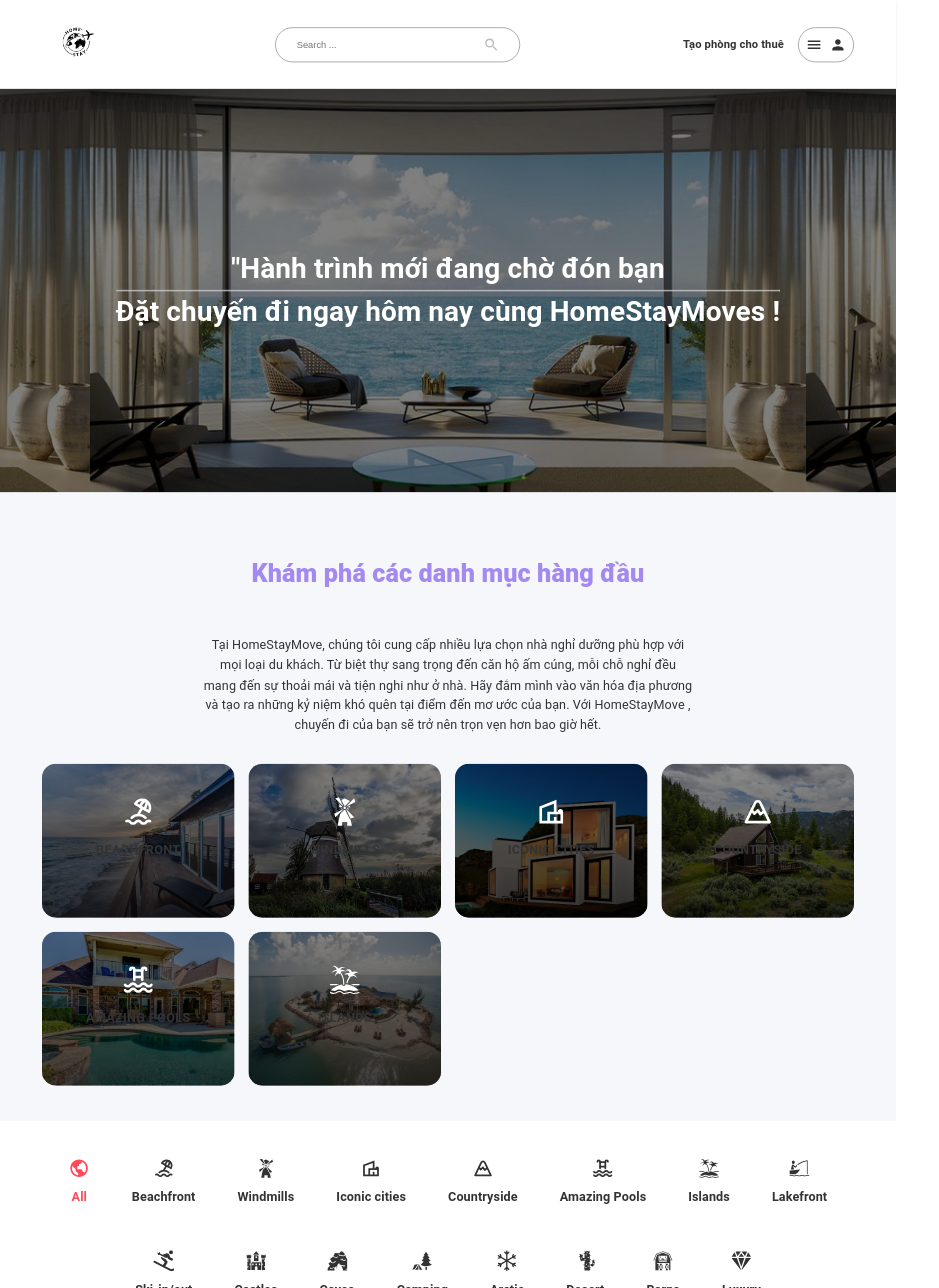
Repository: minhquang203/Homestay
Page: / (app in client/)
The author's editor kept a copy of each file at every save. The page is drawn from the files as they stood at one save, then again after the next save.
The browser window is 1280 px wide. The page is 1342 px wide, so the pictures cover 1342 px, including what lies to the right of the window. The pictures show the part of the page from y = 0 to 1840 px (the page is 2822 px tall), at 70% of full size.
The page's requests for data from a server got no answer. The project was rebuilt for these pictures with package versions that can differ from the ones it lists, and the page was loaded fresh each time. No one was signed in, and anything a server would have sent is missing. Also part of the build but not shown: client/src/styles/ListingCard.scss, client/src/components/ListingCard.jsx, client/src/styles/variable.scss, client/src/styles/List.scss, client/src/pages/CategoryPage.jsx, client/src/styles/CreateListing.scss, client/src/pages/CreateListing.jsx, client/src/styles/ListingDetails.scss and 17 more.

Above is the page before, as saved 2025-04-03 23:59:18.

After the next save:
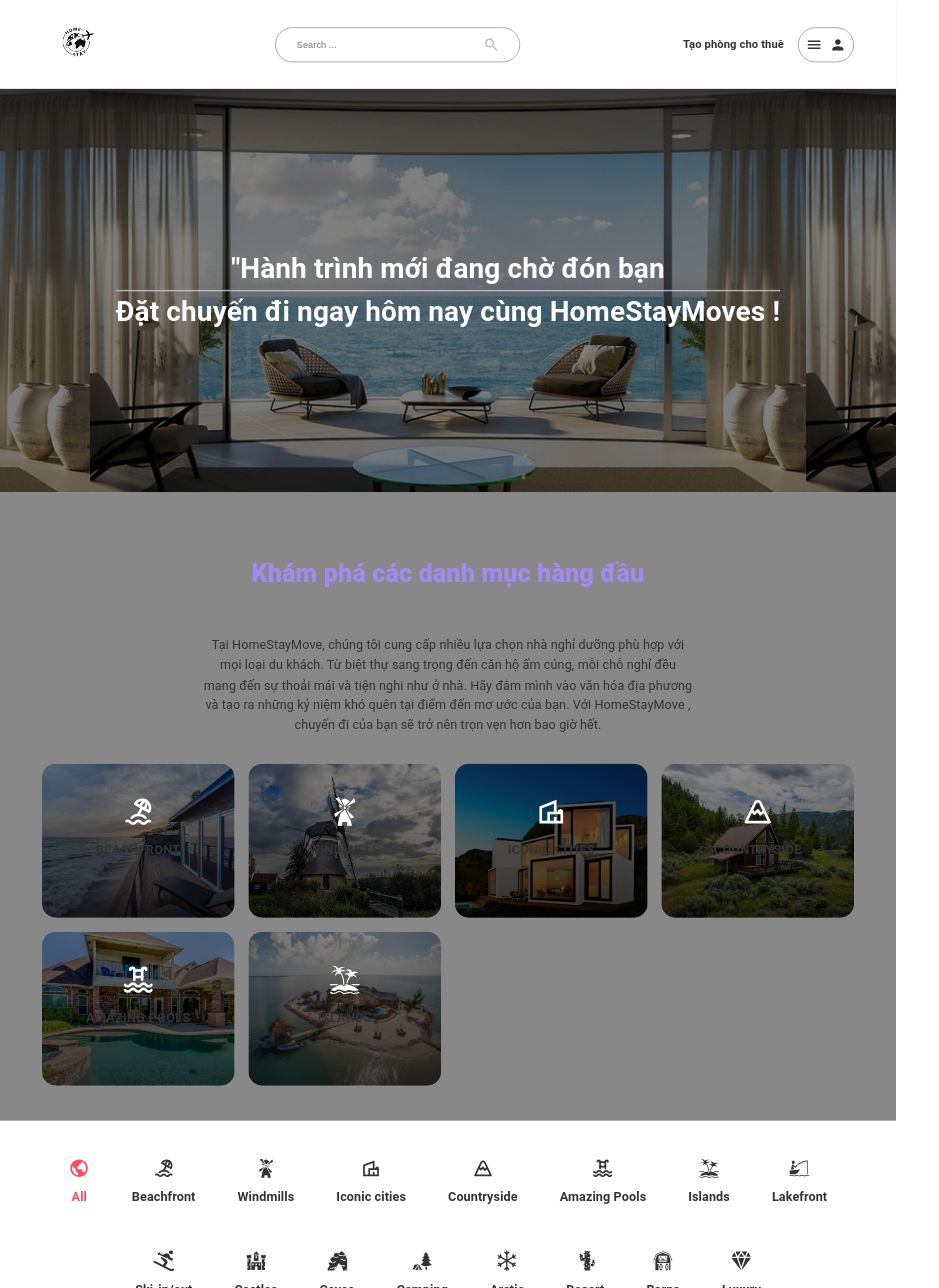
Saved 64 s later.
--- a/client/src/styles/Categories.scss
+++ b/client/src/styles/Categories.scss
@@ -7,7 +7,7 @@
   flex-direction: column;
   align-items: center;
   text-align: center;
-  background-color: $lightgrey;
+  background-color: $grey;
 
   h1 {
     color: $blue;

After the save that followed:
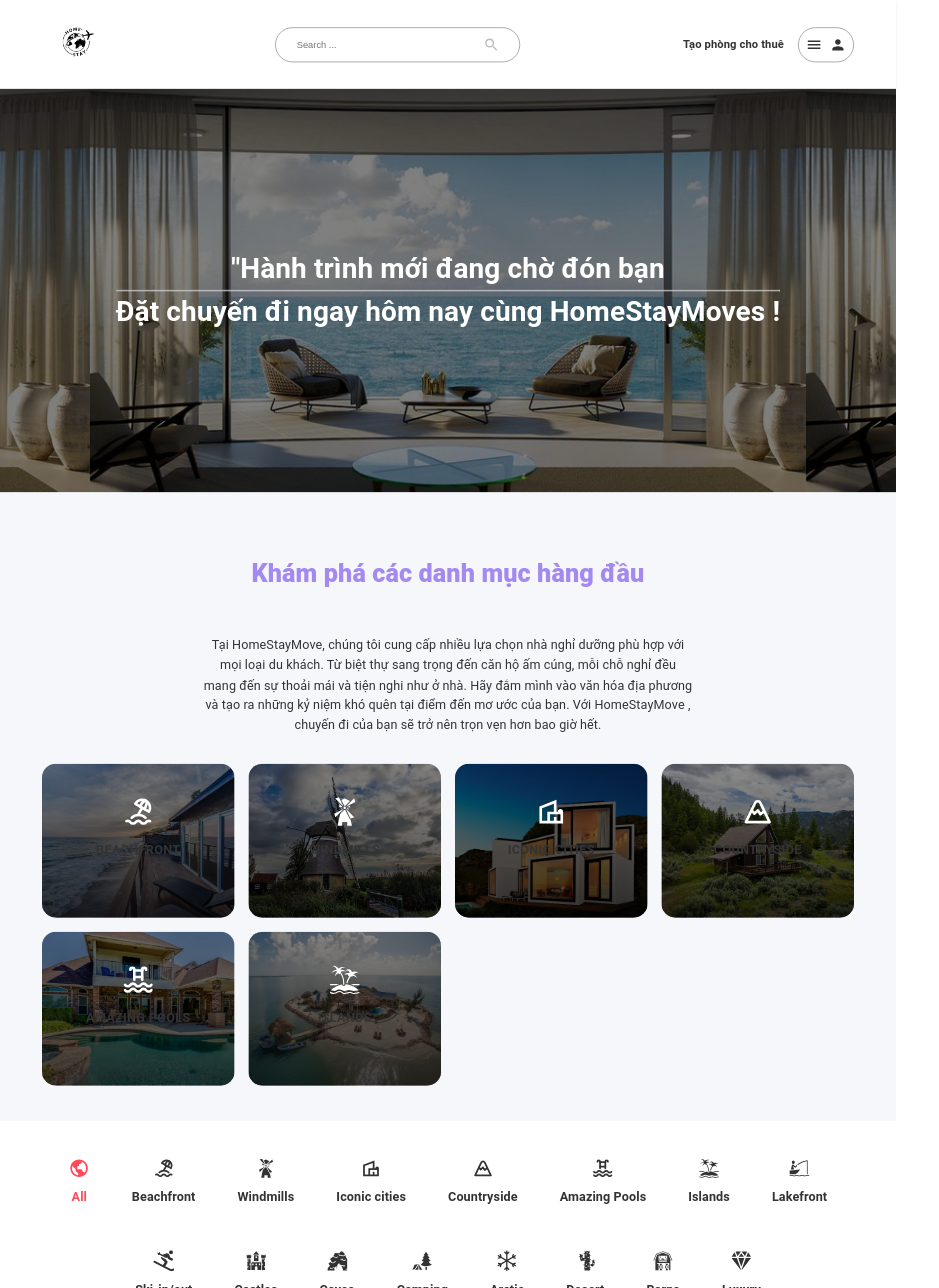
Saved 8 s later.
--- a/client/src/styles/Categories.scss
+++ b/client/src/styles/Categories.scss
@@ -7,7 +7,7 @@
   flex-direction: column;
   align-items: center;
   text-align: center;
-  background-color: $grey;
+  background-color: $lightgrey;
 
   h1 {
     color: $blue;
